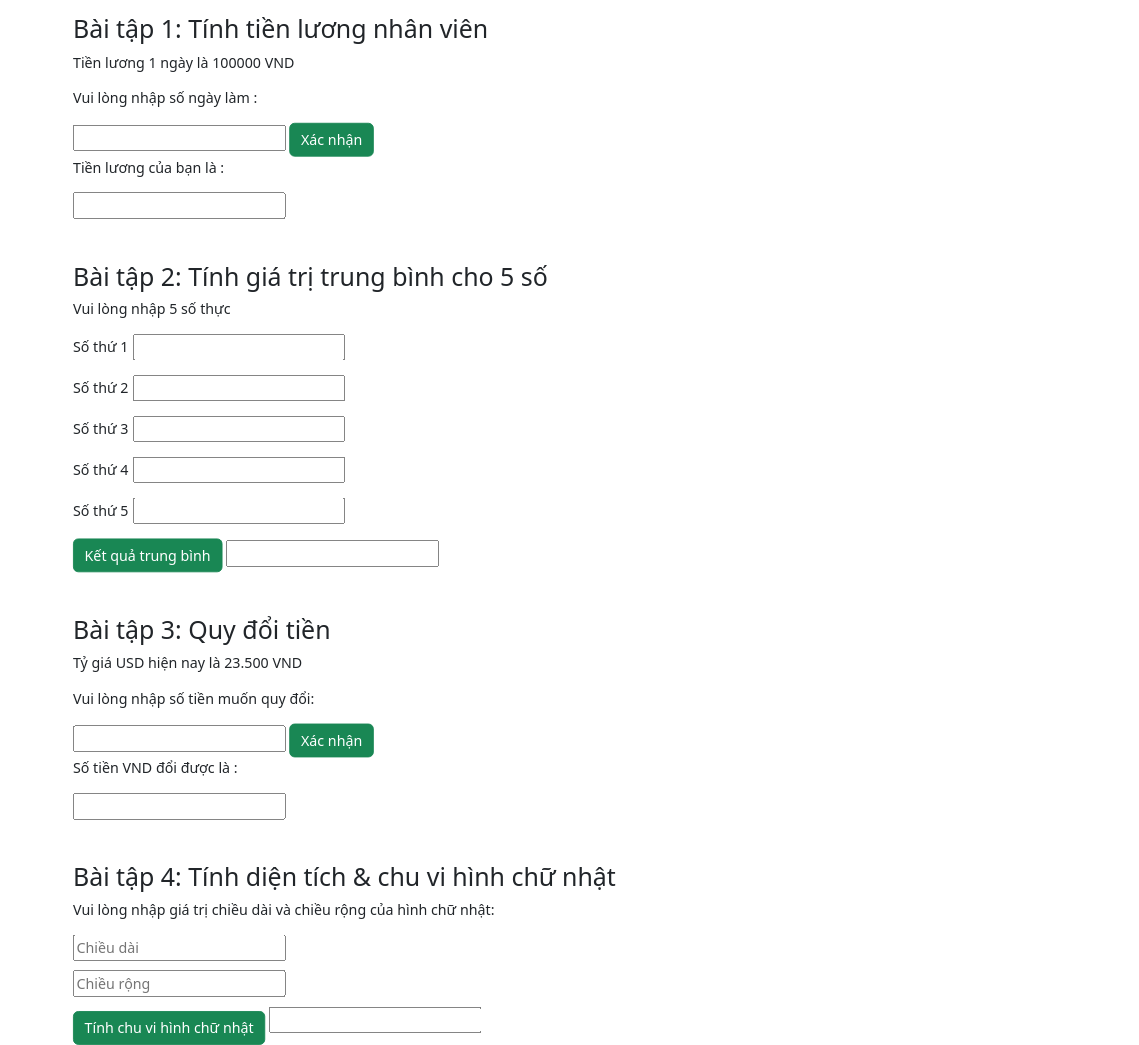
Repository: hcozyph/TranHuuPhuoc_BC43_BT_JS_Buoi2
Page: index.html
The author's editor kept a copy of each file at every save. The page is drawn from the files as they stood at one save, then again after the next save.
The browser window is 1280 px wide. The pictures show the whole page, at 89% of full size.

Above is the page before, as saved 2023-01-21 22:49:12.

After the next save:
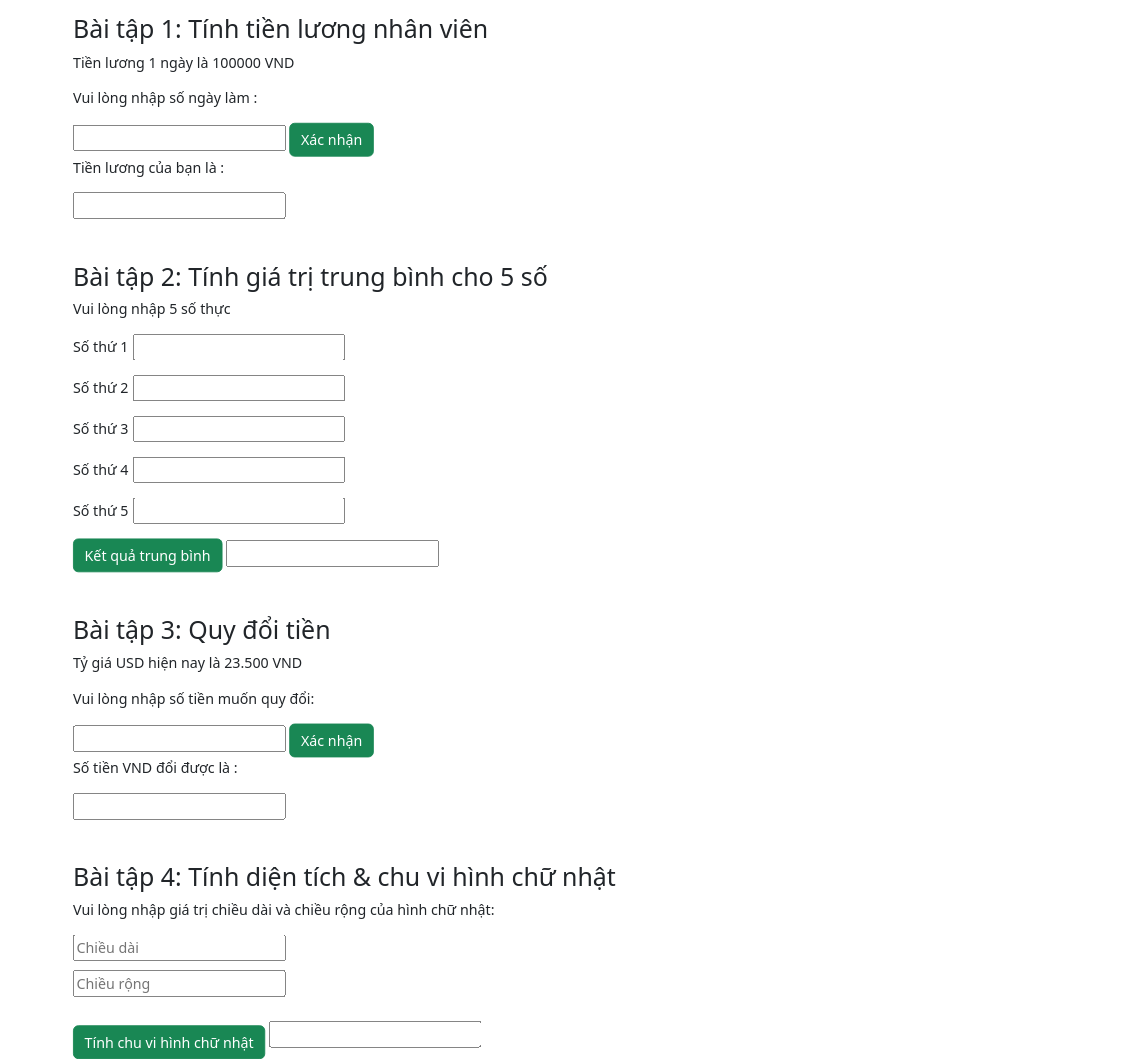
Saved 9 s later.
--- a/index.html
+++ b/index.html
@@ -112,7 +112,7 @@
                     />
                 </div>
 
-                <div class="chuVi">
+                <div class="chuVi mt-3">
                     <button class="btn btn-success mt-3">
                         Tính chu vi hình chữ nhật
                     </button>
